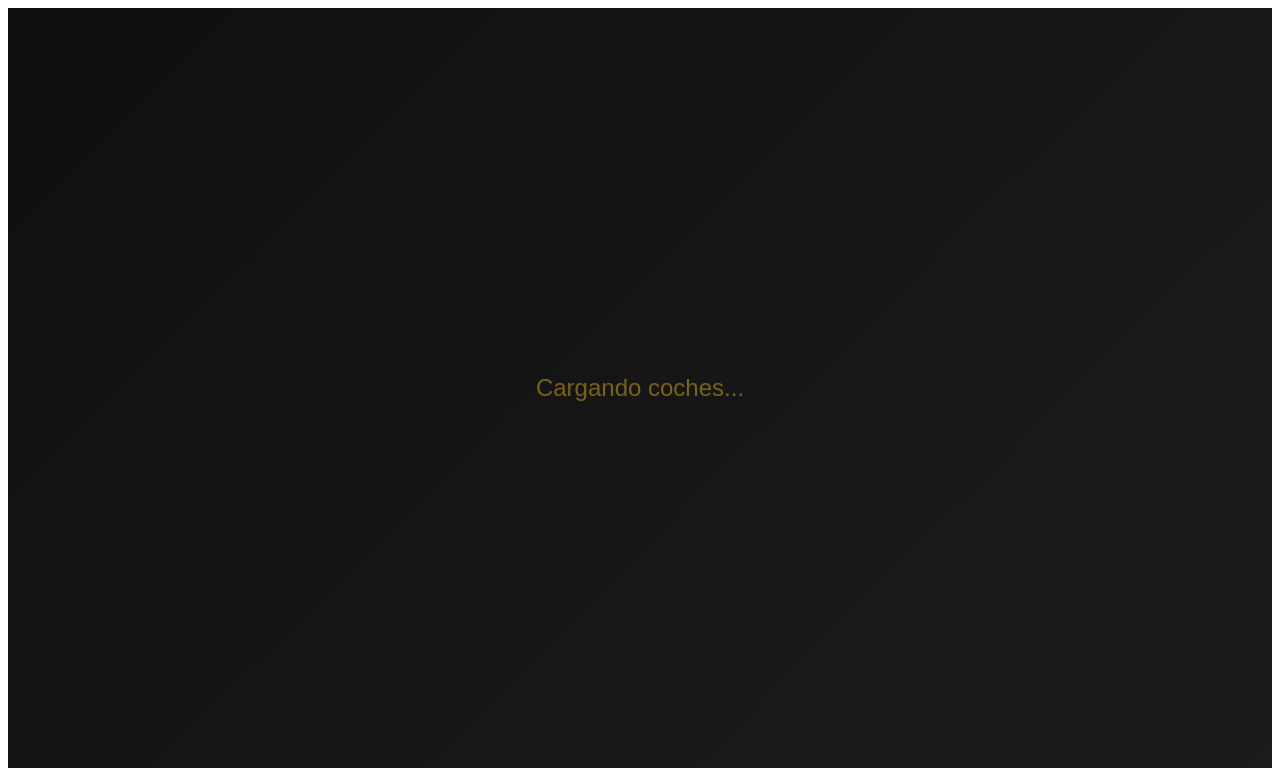
Repository: demoniers/clase
Page: /concesionario (app in misproyectos/concesionario/)
The author's editor kept a copy of each file at every save. The page is drawn from the files as they stood at one save, then again after the next save.
The browser window is 1280 px wide. The pictures show the whole page.
The page's requests for data from a server got no answer. The project was rebuilt for these pictures with package versions that can differ from the ones it lists, and the page was loaded fresh each time. No one was signed in, and anything a server would have sent is missing. Imported but missing from the stored project, and not drawn on this page: misproyectos/concesionario/src/routes/Home.

Above is the page before, as saved 2025-03-19 10:25:16.

### misproyectos/concesionario/src/index.js
import React from 'react';
import { createRoot } from 'react-dom/client';
import { BrowserRouter } from 'react-router-dom';
import App from './App';

const rootElement = document.getElementById('root');
const root = createRoot(rootElement);

root.render(
  <React.StrictMode>
    <BrowserRouter>
      <App />
    </BrowserRouter>
  </React.StrictMode>
);


/*import React from 'react';
import { createRoot } from 'react-dom/client';
import App from './App';
import ReactDOM from 'react-dom/client';
import './index.css';
import { BrowserRouter } from 'react-router-dom';

const rootElement = document.getElementById('root');
const root = createRoot(rootElement);

root.render(
  <React.StrictMode>
    <App />
  </React.StrictMode>
);
*/

// If you want to start measuring performance in your app, pass a function
// to log results (for example: reportWebVitals(console.log))
// or send to an analytics endpoint. Learn more: https://bit.ly/CRA-vitals
//reportWebVitals();

### misproyectos/concesionario/src/App.js
import React from 'react';
import { Route, Routes } from 'react-router-dom';
import Home from './routes/Home';
import Concesionario from './routes/concesionario/Concesionario';

function App() {
  return (
    <Routes>
      <Route path="/" element={<Home />} />
      <Route path="/concesionario" element={<Concesionario />} />
      <Route path="/login" element={<login />} />
    </Routes>
  );
}

export default App;

### misproyectos/concesionario/src/routes/concesionario/Concesionario.js
import React, { useState, useEffect } from 'react';
import './Concesionario.css'; // Asegúrate de crear y estilizar este archivo CSS

function Concesionario() {
  const [coches, setCoches] = useState([]); // Inicializar con un array vacío
  const [cocheSeleccionado, setCocheSeleccionado] = useState(null);

  // Cargar los datos del backend
  useEffect(() => {
    async function fetchData() {
      try {
        const response = await fetch('http://10.0.0.124:5000/api/coches');
        const data = await response.json();
        setCoches(data);
        setCocheSeleccionado(data[0]); // Seleccionar el primer coche por defecto
      } catch (error) {
        console.error('Error al obtener los datos:', error);
      }
    }

    fetchData();
  }, []);

  const seleccionarCoche = (coche) => {
    setCocheSeleccionado(coche);
  };

  return (
    <div className="concesionario">
      {cocheSeleccionado ? (
        <>
          <div className="imagen-grande">
            <img src={`/img/${cocheSeleccionado.img_coche}`} alt={cocheSeleccionado.nombre_coche} />
            <h2>{cocheSeleccionado.nombre_coche}</h2>
          </div>
          <div className="barra-navegacion">
            {coches.map((coche) => (
              <div
                key={coche.id}
                className={`tarjeta ${coche.id === cocheSeleccionado.id ? 'seleccionado' : ''}`}
                onClick={() => seleccionarCoche(coche)}
              >
                <img src={`/img/${coche.img_coche}`} alt={coche.nombre_coche} />
                <p>{coche.nombre_coche}</p>
              </div>
            ))}
          </div>
          {/* Sección de características */}
          <div className="caracteristicas">
            <h3>Características de {cocheSeleccionado.nombre_coche}</h3>
            <div className="barra">
              <label>Velocidad:</label>
              <div className="barra-externa">
                <div
                  className="barra-interna"
                  style={{ width: `${cocheSeleccionado.velocidad || 0}%` }} // Placeholder dinámico
                ></div>
              </div>
            </div>
            <div className="barra">
              <label>Aceleración:</label>
              <div className="barra-externa">
                <div
                  className="barra-interna"
                  style={{ width: `${cocheSeleccionado.aceleracion || 0}%` }} // Placeholder dinámico
                ></div>
              </div>
            </div>
            <div className="barra">
              <label>Frenado:</label>
              <div className="barra-externa">
                <div
                  className="barra-interna"
                  style={{ width: `${cocheSeleccionado.frenado || 0}%` }} // Placeholder dinámico
                ></div>
              </div>
            </div>
          </div>
        </>
      ) : (
        <p>Cargando coches...</p>
      )}
    </div>
  );
}

export default Concesionario;

### misproyectos/concesionario/src/routes/concesionario/Concesionario.css
/* Concesionario.css */

/* Estilo general */
.concesionario {
  font-family: 'Arial', sans-serif;
  color: white;
  background: linear-gradient(135deg, #0f0f0f, #1c1c1c);
  display: flex;
  flex-direction: column;
  align-items: center;
  justify-content: center;
  padding: 20px;
  min-height: 100vh;
  overflow: hidden;
}

/* Imagen principal del coche seleccionado */
.imagen-grande {
  position: relative;
  width: 53%;
  text-align: center;
  margin-bottom: 30px;
}

.imagen-grande img {
  width: 100%;
  border-radius: 10px;
  box-shadow: 0 8px 20px rgba(0, 0, 0, 0.8);
  transition: transform 0.5s ease, box-shadow 0.5s ease;
}

.imagen-grande img:hover {
  transform: scale(1.05);
  box-shadow: 0 12px 30px rgba(0, 0, 0, 1);
}

.imagen-grande h2 {
  margin-top: 15px;
  font-size: 2rem;
  text-transform: uppercase;
  color: #e2b007;
  letter-spacing: 2px;
}

/* Barra de navegación (galería de coches) */
.barra-navegacion {
  display: flex;
  overflow-x: auto;
  gap: 20px;
  padding: 10px;
  width: 100%;
  justify-content: center;
}

.barra-navegacion::-webkit-scrollbar {
  height: 10px;
}

.barra-navegacion::-webkit-scrollbar-thumb {
  background-color: #e2b007;
  border-radius: 10px;
}

.tarjeta {
  flex: 0 0 auto;
  background: #1f1f1f;
  border-radius: 10px;
  overflow: hidden;
  text-align: center;
  width: 150px;
  cursor: pointer;
  transition: transform 0.3s ease, background 0.3s ease;
  border: 2px solid transparent;
}

.tarjeta img {
  width: 100%;
  border-bottom: 1px solid #333;
  transition: transform 0.3s ease;
}

.tarjeta:hover img {
  transform: scale(1.05);
}

.tarjeta p {
  color: white;
  font-weight: bold;
  margin: 10px 0;
  font-size: 1rem;
}

.tarjeta:hover {
  transform: scale(1.1);
  background: #2c2c2c;
  border: 2px solid #e2b007;
}

.tarjeta.seleccionado {
  background: #806307;
  color: black;
  transform: scale(1.15);
  border: 2px solid #fff;
}

/* Cargando mensaje */
.concesionario p {
  font-size: 1.5rem;
  color: #e2b007;
  animation: blink 1s infinite;
}

@keyframes blink {
  0%, 100% {
    opacity: 1;
  }
  50% {
    opacity: 0.5;
  }
}

/* Recuadro para las características */
.caracteristicas {
  margin-top: 20px;
  background: #1f1f1f;
  padding: 20px;
  border-radius: 10px;
  box-shadow: 0 4px 10px rgba(0, 0, 0, 0.7);
  color: white;
  width: 80%;
}

.caracteristicas h3 {
  margin-bottom: 20px;
  text-transform: uppercase;
  color: #e2b007;
  font-size: 1.5rem;
}

.barra {
  margin-bottom: 15px;
}

.barra label {
  display: block;
  font-size: 1rem;
  margin-bottom: 5px;
}

.barra-externa {
  background: #333;
  border-radius: 10px;
  height: 20px;
  position: relative;
  overflow: hidden;
}

.barra-interna {
  background: #e2b007;
  height: 100%;
  transition: width 0.5s ease;
}

Loaded but not shown: misproyectos/concesionario/public/index.html (common file)

After the next save:
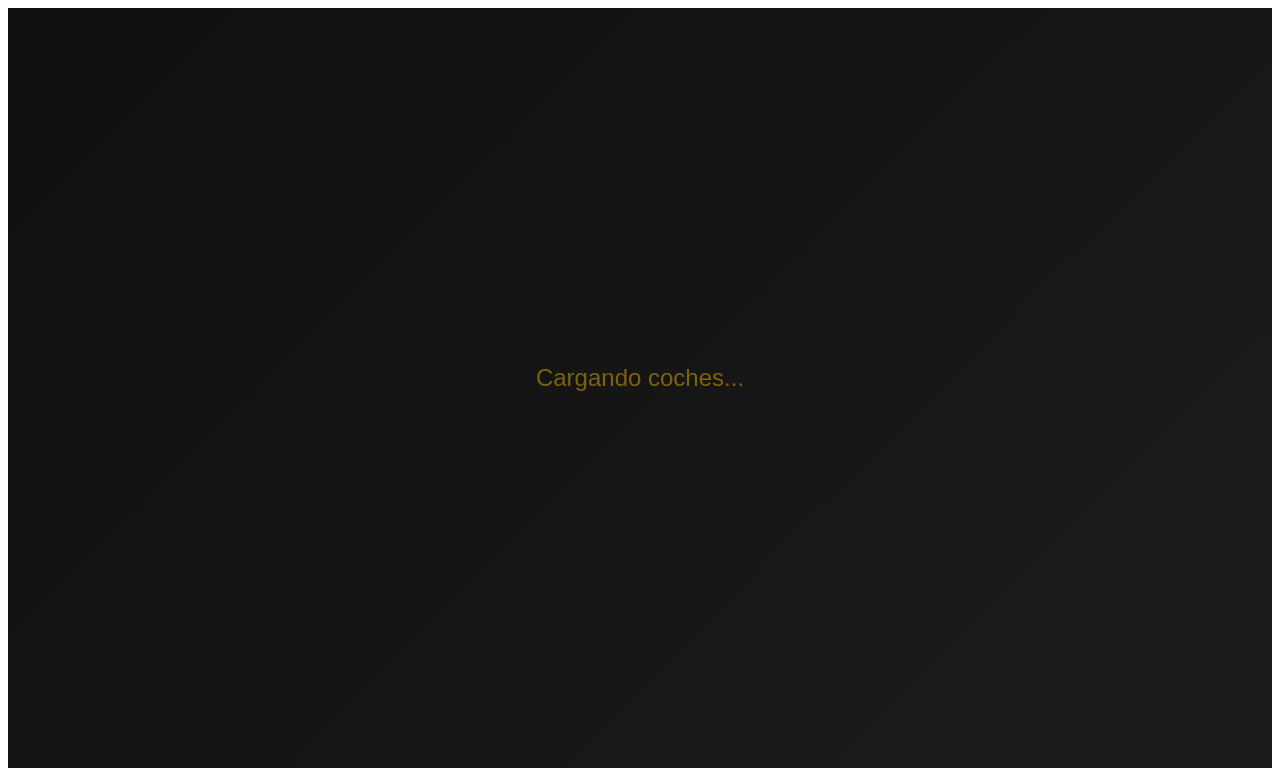
Saved 5 min 29 s later.
--- a/misproyectos/concesionario/src/routes/concesionario/Concesionario.js
+++ b/misproyectos/concesionario/src/routes/concesionario/Concesionario.js
@@ -1,18 +1,17 @@
 import React, { useState, useEffect } from 'react';
-import './Concesionario.css'; // Asegúrate de crear y estilizar este archivo CSS
+import './Concesionario.css'; // Asegúrate de usar el CSS actualizado
 
 function Concesionario() {
-  const [coches, setCoches] = useState([]); // Inicializar con un array vacío
+  const [coches, setCoches] = useState([]);
   const [cocheSeleccionado, setCocheSeleccionado] = useState(null);
 
-  // Cargar los datos del backend
   useEffect(() => {
     async function fetchData() {
       try {
         const response = await fetch('http://10.0.0.124:5000/api/coches');
         const data = await response.json();
         setCoches(data);
-        setCocheSeleccionado(data[0]); // Seleccionar el primer coche por defecto
+        setCocheSeleccionado(data[0]);
       } catch (error) {
         console.error('Error al obtener los datos:', error);
       }
@@ -28,24 +27,8 @@ function Concesionario() {
   return (
     <div className="concesionario">
       {cocheSeleccionado ? (
-        <>
-          <div className="imagen-grande">
-            <img src={`/img/${cocheSeleccionado.img_coche}`} alt={cocheSeleccionado.nombre_coche} />
-            <h2>{cocheSeleccionado.nombre_coche}</h2>
-          </div>
-          <div className="barra-navegacion">
-            {coches.map((coche) => (
-              <div
-                key={coche.id}
-                className={`tarjeta ${coche.id === cocheSeleccionado.id ? 'seleccionado' : ''}`}
-                onClick={() => seleccionarCoche(coche)}
-              >
-                <img src={`/img/${coche.img_coche}`} alt={coche.nombre_coche} />
-                <p>{coche.nombre_coche}</p>
-              </div>
-            ))}
-          </div>
-          {/* Sección de características */}
+        <div className="contenido">
+          {/* Recuadro de características */}
           <div className="caracteristicas">
             <h3>Características de {cocheSeleccionado.nombre_coche}</h3>
             <div className="barra">
@@ -53,7 +36,7 @@ function Concesionario() {
               <div className="barra-externa">
                 <div
                   className="barra-interna"
-                  style={{ width: `${cocheSeleccionado.velocidad || 0}%` }} // Placeholder dinámico
+                  style={{ width: `${cocheSeleccionado.velocidad || 0}%` }}
                 ></div>
               </div>
             </div>
@@ -62,7 +45,7 @@ function Concesionario() {
               <div className="barra-externa">
                 <div
                   className="barra-interna"
-                  style={{ width: `${cocheSeleccionado.aceleracion || 0}%` }} // Placeholder dinámico
+                  style={{ width: `${cocheSeleccionado.aceleracion || 0}%` }}
                 ></div>
               </div>
             </div>
@@ -71,15 +54,35 @@ function Concesionario() {
               <div className="barra-externa">
                 <div
                   className="barra-interna"
-                  style={{ width: `${cocheSeleccionado.frenado || 0}%` }} // Placeholder dinámico
+                  style={{ width: `${cocheSeleccionado.frenado || 0}%` }}
                 ></div>
               </div>
             </div>
           </div>
-        </>
+
+          {/* Imagen grande */}
+          <div className="imagen-grande">
+            <img src={`/img/${cocheSeleccionado.img_coche}`} alt={cocheSeleccionado.nombre_coche} />
+            <h2>{cocheSeleccionado.nombre_coche}</h2>
+          </div>
+        </div>
       ) : (
         <p>Cargando coches...</p>
       )}
+
+      {/* Barra de navegación */}
+      <div className="barra-navegacion">
+        {coches.map((coche) => (
+          <div
+            key={coche.id}
+            className={`tarjeta ${coche.id === cocheSeleccionado.id ? 'seleccionado' : ''}`}
+            onClick={() => seleccionarCoche(coche)}
+          >
+            <img src={`/img/${coche.img_coche}`} alt={coche.nombre_coche} />
+            <p>{coche.nombre_coche}</p>
+          </div>
+        ))}
+      </div>
     </div>
   );
 }
